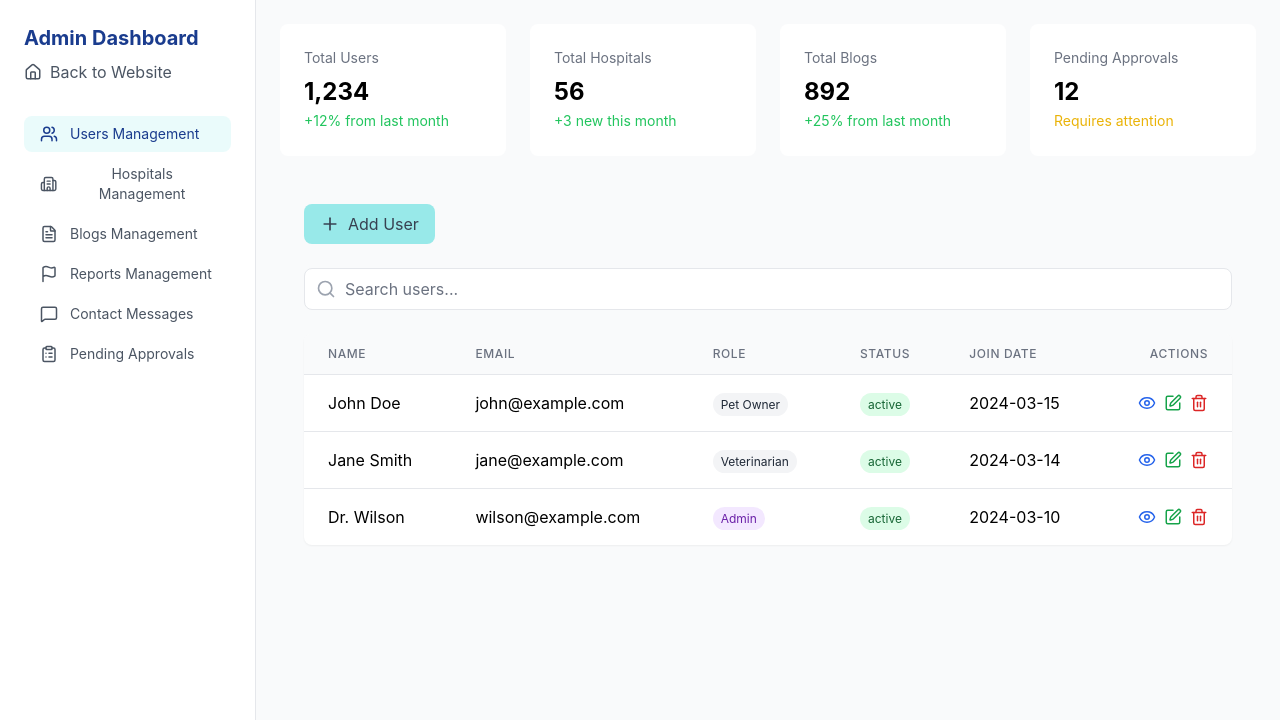
Repository: ZSayless/MyPetDoc
Page: /admin
An editor plug-in stored every save of this project. The page is shown before and after the next save, followed by the edit.
The browser window is 1280 px wide. The pictures show the whole page.
The project was rebuilt for these pictures with package versions that can differ from the ones it lists, and the page was loaded fresh each time. Also part of the build but not shown: vite.config.js, src/core/ButtonLink.js, src/components/register/SelectRoleModal.js, src/services/authService.js, src/components/register/Register.js, src/core/Overlay.js, src/components/login/Login.js, src/components/layout/Header.js and 40 more.

Above is the page before, as saved 2025-01-16 10:14:13.

After the next save:
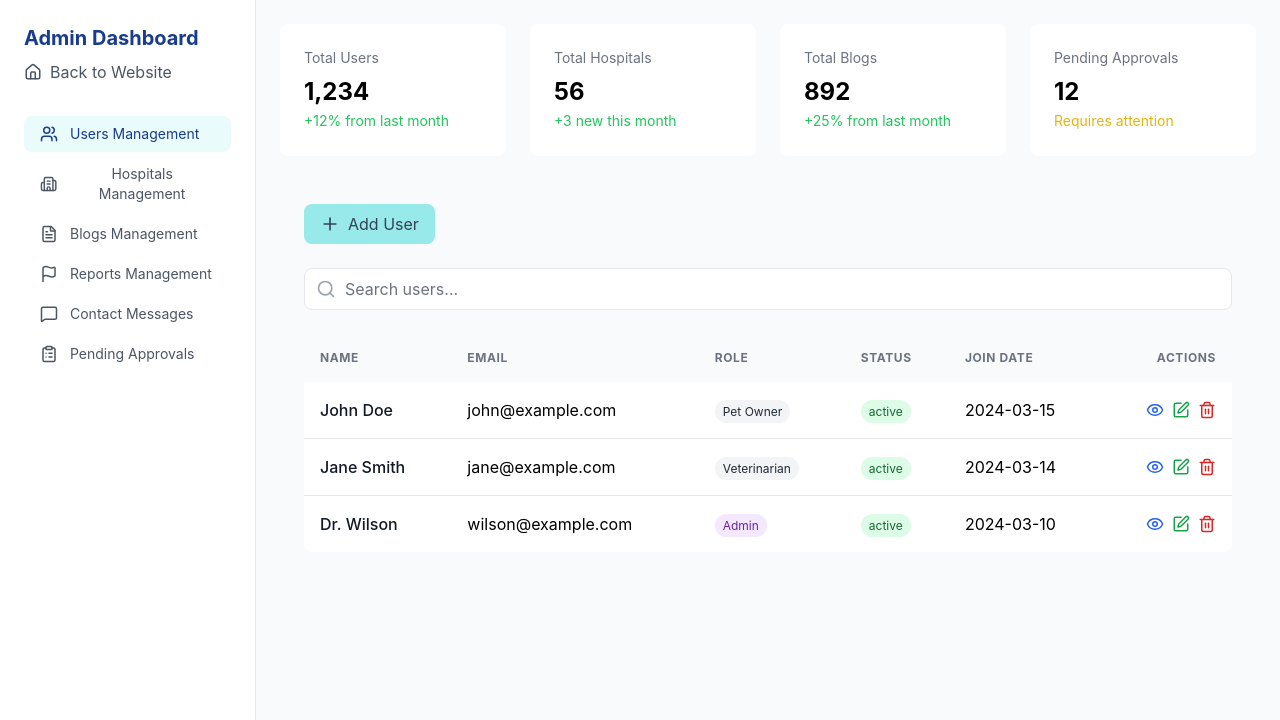
Saved 28 s later.
--- a/src/pages/admin/tabs/UsersManagement.js
+++ b/src/pages/admin/tabs/UsersManagement.js
@@ -101,60 +101,47 @@
       </div>
 
       {/* Table */}
-      <div className="bg-white rounded-lg shadow-sm overflow-x-auto">
+      <div className="bg-white rounded-lg">
         <table className="w-full">
-          <thead className="bg-gray-50 border-b">
-            <tr>
-              <th className="px-6 py-3 text-left text-xs font-medium text-gray-500 uppercase tracking-wider">
-                Name
-              </th>
-              <th className="px-6 py-3 text-left text-xs font-medium text-gray-500 uppercase tracking-wider">
-                Email
-              </th>
-              <th className="px-6 py-3 text-left text-xs font-medium text-gray-500 uppercase tracking-wider">
-                Role
-              </th>
-              <th className="px-6 py-3 text-left text-xs font-medium text-gray-500 uppercase tracking-wider">
-                Status
-              </th>
-              <th className="px-6 py-3 text-left text-xs font-medium text-gray-500 uppercase tracking-wider">
-                Join Date
-              </th>
-              <th className="px-6 py-3 text-right text-xs font-medium text-gray-500 uppercase tracking-wider">
-                Actions
-              </th>
+          <thead className="bg-gray-50">
+            <tr className="text-left text-xs font-medium text-gray-500 uppercase tracking-wider">
+              <th className="p-4">Name</th>
+              <th className="p-4 hidden md:table-cell">Email</th>
+              <th className="p-4 hidden md:table-cell">Role</th>
+              <th className="p-4">Status</th>
+              <th className="p-4 hidden md:table-cell">Join Date</th>
+              <th className="p-4 text-right">Actions</th>
             </tr>
           </thead>
           <tbody className="divide-y divide-gray-200">
             {filteredUsers.map((user) => (
               <tr key={user.id}>
-                <td className="px-6 py-4 whitespace-nowrap">{user.name}</td>
-                <td className="px-6 py-4 whitespace-nowrap">{user.email}</td>
-                <td className="px-6 py-4 whitespace-nowrap">
-                  <span
-                    className={`px-2 py-1 text-xs rounded-full ${
-                      user.role === "Admin"
-                        ? "bg-purple-100 text-purple-800"
-                        : "bg-gray-100 text-gray-800"
-                    }`}
-                  >
+                <td className="p-4">
+                  <div className="font-medium text-gray-900">{user.name}</div>
+                  <div className="text-sm text-gray-500 md:hidden">{user.email}</div>
+                </td>
+                <td className="p-4 hidden md:table-cell">{user.email}</td>
+                <td className="p-4 hidden md:table-cell">
+                  <span className={`px-2 py-1 text-xs rounded-full ${
+                    user.role === "Admin"
+                      ? "bg-purple-100 text-purple-800"
+                      : "bg-gray-100 text-gray-800"
+                  }`}>
                     {user.role}
                   </span>
                 </td>
-                <td className="px-6 py-4 whitespace-nowrap">
-                  <span
-                    className={`px-2 py-1 text-xs rounded-full ${
-                      user.status === "active"
-                        ? "bg-green-100 text-green-800"
-                        : "bg-red-100 text-red-800"
-                    }`}
-                  >
+                <td className="p-4">
+                  <span className={`px-2 py-1 text-xs rounded-full ${
+                    user.status === "active"
+                      ? "bg-green-100 text-green-800"
+                      : "bg-red-100 text-red-800"
+                  }`}>
                     {user.status}
                   </span>
                 </td>
-                <td className="px-6 py-4 whitespace-nowrap">{user.joinDate}</td>
-                <td className="px-6 py-4 whitespace-nowrap">
-                  <div className="flex items-center justify-end space-x-2">
+                <td className="p-4 hidden md:table-cell">{user.joinDate}</td>
+                <td className="p-4">
+                  <div className="flex items-center justify-end gap-2">
                     <button
                       onClick={() => handleView(user)}
                       className="text-blue-600 hover:text-blue-900"

After the save that followed:
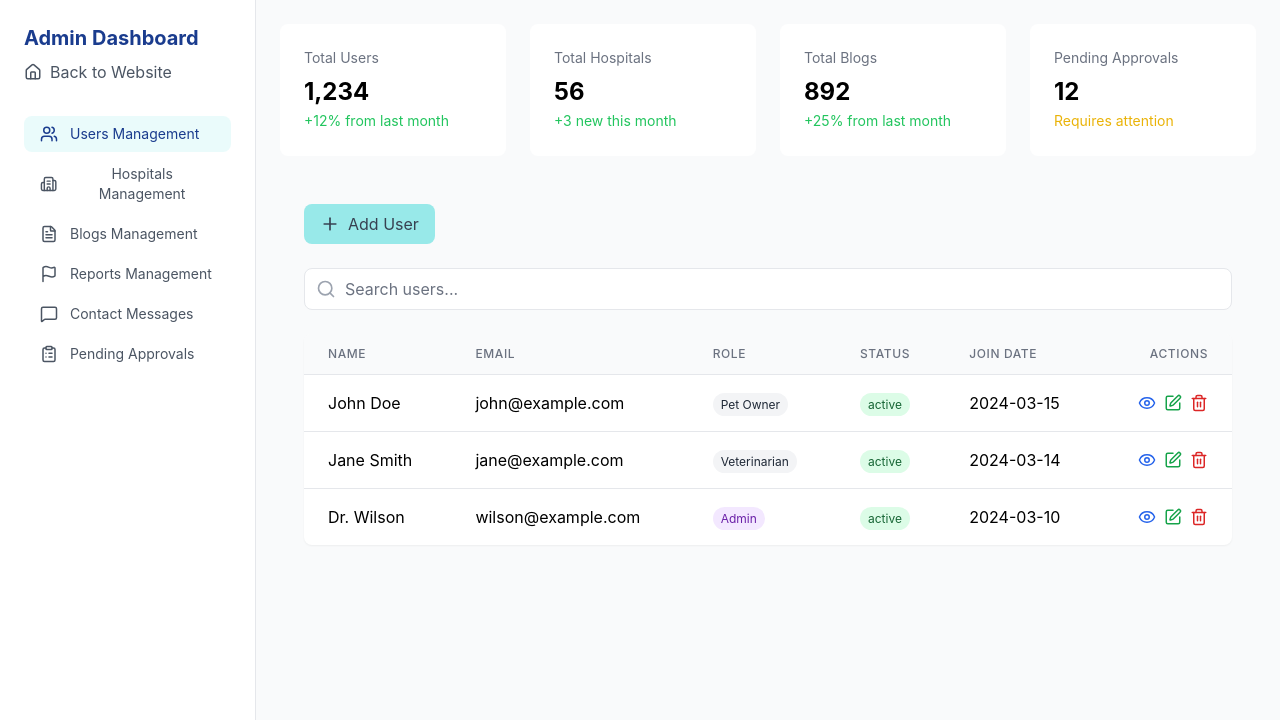
Saved 34 s later.
--- a/src/pages/admin/tabs/UsersManagement.js
+++ b/src/pages/admin/tabs/UsersManagement.js
@@ -101,47 +101,60 @@
       </div>
 
       {/* Table */}
-      <div className="bg-white rounded-lg">
+      <div className="bg-white rounded-lg shadow-sm overflow-x-auto">
         <table className="w-full">
-          <thead className="bg-gray-50">
-            <tr className="text-left text-xs font-medium text-gray-500 uppercase tracking-wider">
-              <th className="p-4">Name</th>
-              <th className="p-4 hidden md:table-cell">Email</th>
-              <th className="p-4 hidden md:table-cell">Role</th>
-              <th className="p-4">Status</th>
-              <th className="p-4 hidden md:table-cell">Join Date</th>
-              <th className="p-4 text-right">Actions</th>
+          <thead className="bg-gray-50 border-b">
+            <tr>
+              <th className="px-6 py-3 text-left text-xs font-medium text-gray-500 uppercase tracking-wider">
+                Name
+              </th>
+              <th className="px-6 py-3 text-left text-xs font-medium text-gray-500 uppercase tracking-wider">
+                Email
+              </th>
+              <th className="px-6 py-3 text-left text-xs font-medium text-gray-500 uppercase tracking-wider">
+                Role
+              </th>
+              <th className="px-6 py-3 text-left text-xs font-medium text-gray-500 uppercase tracking-wider">
+                Status
+              </th>
+              <th className="px-6 py-3 text-left text-xs font-medium text-gray-500 uppercase tracking-wider">
+                Join Date
+              </th>
+              <th className="px-6 py-3 text-right text-xs font-medium text-gray-500 uppercase tracking-wider">
+                Actions
+              </th>
             </tr>
           </thead>
           <tbody className="divide-y divide-gray-200">
             {filteredUsers.map((user) => (
               <tr key={user.id}>
-                <td className="p-4">
-                  <div className="font-medium text-gray-900">{user.name}</div>
-                  <div className="text-sm text-gray-500 md:hidden">{user.email}</div>
-                </td>
-                <td className="p-4 hidden md:table-cell">{user.email}</td>
-                <td className="p-4 hidden md:table-cell">
-                  <span className={`px-2 py-1 text-xs rounded-full ${
-                    user.role === "Admin"
-                      ? "bg-purple-100 text-purple-800"
-                      : "bg-gray-100 text-gray-800"
-                  }`}>
+                <td className="px-6 py-4 whitespace-nowrap">{user.name}</td>
+                <td className="px-6 py-4 whitespace-nowrap">{user.email}</td>
+                <td className="px-6 py-4 whitespace-nowrap">
+                  <span
+                    className={`px-2 py-1 text-xs rounded-full ${
+                      user.role === "Admin"
+                        ? "bg-purple-100 text-purple-800"
+                        : "bg-gray-100 text-gray-800"
+                    }`}
+                  >
                     {user.role}
                   </span>
                 </td>
-                <td className="p-4">
-                  <span className={`px-2 py-1 text-xs rounded-full ${
-                    user.status === "active"
-                      ? "bg-green-100 text-green-800"
-                      : "bg-red-100 text-red-800"
-                  }`}>
+                <td className="px-6 py-4 whitespace-nowrap">
+                  <span
+                    className={`px-2 py-1 text-xs rounded-full ${
+                      user.status === "active"
+                        ? "bg-green-100 text-green-800"
+                        : "bg-red-100 text-red-800"
+                    }`}
+                  >
                     {user.status}
                   </span>
                 </td>
-                <td className="p-4 hidden md:table-cell">{user.joinDate}</td>
-                <td className="p-4">
-                  <div className="flex items-center justify-end gap-2">
+                <td className="px-6 py-4 whitespace-nowrap">{user.joinDate}</td>
+                <td className="px-6 py-4 whitespace-nowrap">
+                  <div className="flex items-center justify-end space-x-2">
                     <button
                       onClick={() => handleView(user)}
                       className="text-blue-600 hover:text-blue-900"
